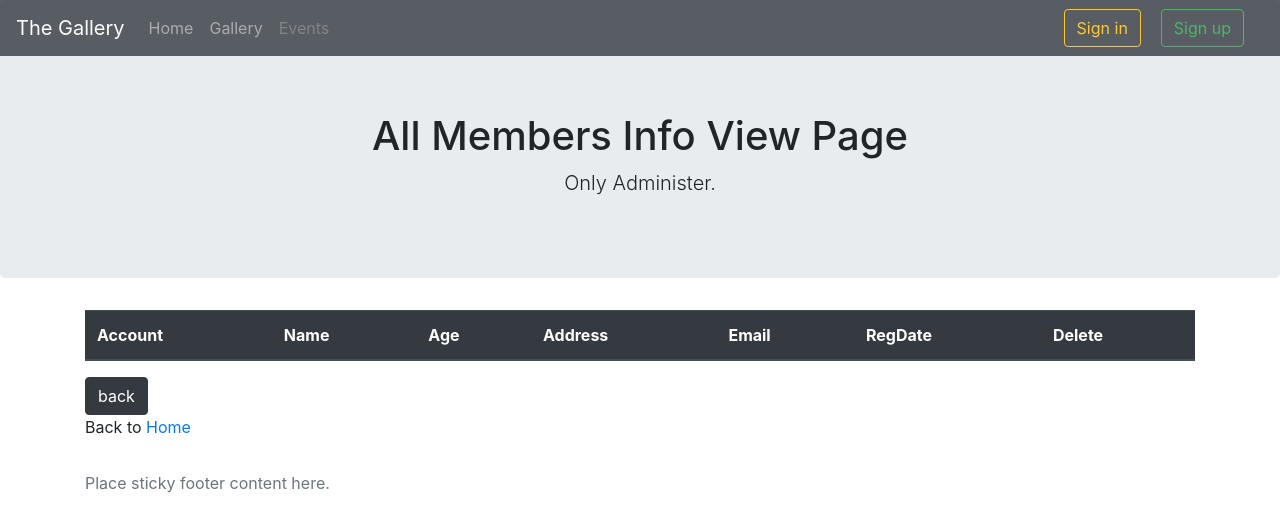
Repository: caramelsyrup/SpringProject1
Page: http://localhost/gallery/WEB-INF/views/member/allmember.jsp
An editor plug-in stored every save of this project. The page is shown before and after the next save, followed by the edit.
The browser window is 1280 px wide. The pictures show the whole page.
The page is served by Tomcat 9. Nobody is signed in. Other server files are loaded and not shown. The template is opened directly, without the code that normally fills it, so the values that code supplies are empty.

Above is the page before, as saved 2020-11-22 14:55:30.

### gallery/src/main/webapp/WEB-INF/views/member/allmember.jsp
<%@ page language="java" contentType="text/html; charset=UTF-8" pageEncoding="UTF-8"%>
<%@ include file="/resources/includes/header.jsp" %>
<!DOCTYPE html>
<html>
<head>
<meta charset="UTF-8">
<title>memberInfo</title>
</head>
<body>
<!-- Begin page content -->
<main role="main" class="flex-shrink-0">
<section class="jumbotron text-center" style="background-color: #">
     <div class="container">
     	 <h1 class="mt-5">All Members Info View Page</h1>
     	 <p class="lead">Only Administer.</p>
	 </div>
</section>
  <div class="container" >
		<table class="table">
		  <thead class="thead-dark">
		    <tr>
		      <th scope="col">Account</th>
		      <th scope="col">Name</th>
		      <th scope="col">Age</th>
		      <th scope="col">Address</th>
		      <th scope="col">Email</th>
		      <th scope="col">RegDate</th>
		      <th scope="col">Delete</th>
		    </tr>
		  </thead>
		  <tbody>
		  	<c:forEach items="${alist}" var="a">
			    <tr>
			      <th scope="row">${a.username}</th>
			      <td>${a.membername}</td>
			      <td>${a.age}</td>
			      <td>${a.address}</td>
			      <td>${a.email}</td>
			      <td>${a.regdate}</td>
			      <td><a href="javascript:delmember(${a.username})"><span class="badge-pill badge-warning">Delete</span></a></td>
			    </tr>
		    </c:forEach>
		  </tbody>
		</table>
	<input class="btn btn-dark" type="button" value="back" onclick="history.back()">
   <p>Back to <a href="/">Home</a></p>
  </div>

</main>
<script src="/resources/js/member.js"></script>
<footer class="footer mt-auto py-3">
  <div class="container">
    <span class="text-muted">Place sticky footer content here.</span>
  </div>
</footer>
</body>
</html>

### gallery/src/main/webapp/resources/includes/header.jsp
<%@ taglib prefix="c" uri="http://java.sun.com/jsp/jstl/core" %>
<!DOCTYPE html>
<html>
<head>
<meta charset="UTF-8">
    <meta charset="utf-8">
    <meta name="viewport" content="width=device-width, initial-scale=1, shrink-to-fit=no">
    <meta name="description" content="">
    <meta name="author" content="Mark Otto, Jacob Thornton, and Bootstrap contributors">
    <meta name="generator" content="Jekyll v4.1.1">
<script src="https://code.jquery.com/jquery-3.5.1.js" integrity="sha256-QWo7LDvxbWT2tbbQ97B53yJnYU3WhH/C8ycbRAkjPDc=" crossorigin="anonymous"></script>
<!-- Latest compiled and minified CSS -->
<link rel="stylesheet" href="https://stackpath.bootstrapcdn.com/bootstrap/4.5.2/css/bootstrap.min.css">
<!-- Latest compiled JavaScript -->
<script src="https://stackpath.bootstrapcdn.com/bootstrap/4.5.2/js/bootstrap.min.js"></script>
</head>
<!-- 최상단 -->
<body class="d-flex flex-column h-100">
    <header>
  <!-- Fixed navbar -->
  <nav class="navbar navbar-expand-md navbar-dark fixed-top bg-dark" style="opacity: 0.8;">
    <a class="navbar-brand" href="/">The Gallery</a>
    <button class="navbar-toggler" type="button" data-toggle="collapse" data-target="#navbarCollapse" aria-controls="navbarCollapse" aria-expanded="false" aria-label="Toggle navigation">
      <span class="navbar-toggler-icon"></span>
    </button>
    <div class="collapse navbar-collapse" id="navbarCollapse">
      <ul class="navbar-nav mr-auto">
        <li class="nav-item">
          <a class="nav-link" href="/">Home <!-- <span class="sr-only">(current)</span> --> </a>
        </li>
        <li class="nav-item">
          <a class="nav-link" href="/gallery/list">Gallery</a>
        </li>
        <c:choose>
	        <c:when test="${member.auth==0||member.auth==1}">
	        	<li class="nav-item">
		          <a class="nav-link" href="/events/elist">Events</a>
		        </li>
	        </c:when>
			<c:otherwise>
				<li class="nav-item">
		          <a class="nav-link disabled" href="/events/elist"  aria-disabled="true">Events</a>
		        </li>
			</c:otherwise>
        </c:choose>

	    <c:if test="${member.auth==0}">
	     <li class="nav-item">
	      <a class="nav-link" href="/member/memberInfo/${member.username}">Info</a>
	     </li>
	    </c:if>
	    <c:if test="${member.auth==1}">
	     <li class="nav-item">
	      <a class="nav-link" href="/member/allmember">All Member</a>
	     </li>
	     <li class="nav-item">
	      <a class="nav-link" href="/member/memberInfo">All Reservation</a>
	     </li>
	    </c:if>

      </ul>
       <c:choose>
       	<c:when test="${empty member.username}">
       		<a class="btn btn-outline-warning my-2 my-sm-0" href="/member/createMember" style="margin-right: 20px">Sign in</a>
      		<a class="btn btn-outline-success my-2 my-sm-0" href="/customLogin" style="margin-right: 20px">Sign up</a>
      	</c:when>
      	<c:otherwise>
        	<a class="btn btn-outline-success my-2 my-sm-0" href="/customLogout">Logout</a>
        </c:otherwise>
       </c:choose>
    </div>
  </nav>
</header>

### gallery/src/main/webapp/resources/js/member.js
$(document).ready(function(){
	// 회원가입 화면, 중복체크 버튼
	$("#btnIDchk").click(function(){

		var userID = $("#username").val();

		if(userID==""){
			alert("아이디를 입력하세요.");
			$("#username").focus();
			return false;
		}

		$.ajax({
			type:"post",
			url:"/member/idcheck",
			data:{"userID":userID}
		})
		.done(function(resp){
			if(resp.trim()=="yes"){
				alert('사용가능!');
				$(opener.documnet).find("#username").val(userID);
			}else{
				alert('사용불가능!');
				$("#username").val("");
				$("#username").focus();
			}
		})
		.fail(function(error){
			alert("error : "+error);
		})
	});

	//회원가입, 주소 검색 버튼
	$("#btnAddr").on("click",function(){
		window.open("/member/address","","width=800 height=600");
	});
	// 주소창, 주소검색 버튼
	$("#btnAddressChk").click(function(){
		var addr = $("#dong").val();

		if(addr==""){
			alert("동을 입력하세요.");
			$("#dong").focus();
			return false;
		}
		//동검색시, 하단에 결과 값 출력
		$.ajax({
			type:"post",
			url:"/member/searchAddr",
			data:{"dong":addr}
		})
		.done(function(resp){
			var Hstr="";
			Hstr+="<tr><th scope='col'>우편번호</th>";
			Hstr+="<th scope='col'>시도</th>";
			Hstr+="<th scope='col'>구군</th>";
			Hstr+="<th scope='col'>동</th>";
			Hstr+="<th scope='col'>번지</th></tr>";
			$("#resultArea thead").html(Hstr);

			var rStr="";
			$.each(resp,function(key,val){
				rStr +="<tr><th th scope='row'>"+val.zipcode+"</th>";
				rStr +="<td>"+val.sido+"</td>";
				rStr +="<td>"+val.gugun+"</td>";
				rStr +="<td>"+val.dong+"</td>";
				rStr +="<td>"+val.bunji+"</td>";
				rStr +="</tr>";
			})
			$("#resultArea tbody").html(rStr);
		})
		.fail(function(e){
			alert(e);
		});
		// 영역 클릭시, 주소에 자동 입력
		$("#resultArea").on("click","tr",function(){
			var address = $("th:eq(0)",this).text()+" "+$("td:eq(1)",this).text()+" "+$("td:eq(2)",this).text()+" "+$("td:eq(3)",this).text()+" "+$("td:eq(4)",this).text();
			$(opener.document).find("#address").val(address);
			self.close();
		});
	});

	// 회원가입 화면, 회원가입버튼
	$("#btndoCreate").on("click",function(){
		if($("#username").val().trim()==""){
			alert('아이디를 입력하세요!');
			return false;
		}
		if($("#password").val().trim()==""){
			alert('비밀번호를 입력하세요!');
			return false;
		}
		if($("#membername").val().trim()==""){
			alert('이름을 입력하세요!');
			return false;
		}
		if($("#age").val().trim()==""){
			alert('나이를 입력하세요!');
			return false;
		}
		if($("#address").val().trim()==""){
			alert('주소를 입력하세요!');
			return false;
		}
		if($("#email").val().trim()==""){
			alert('이메일을 입력하세요!');
			return false;
		}
		$("#createForm").submit();
	});

	// 회원개인정보창, 회원정보 변경
	$("#btndoUpdate").click(function(){
		if($("#password").val().trim()==""){
			alert('비밀번호를 입력하세요!');
			return false;
		}
		if($("#membername").val().trim()==""){
			alert('이름을 입력하세요!');
			return false;
		}
		if($("#age").val().trim()==""){
			alert('나이를 입력하세요!');
			return false;
		}
		if($("#address").val().trim()==""){
			alert('주소를 입력하세요!');
			return false;
		}
		if($("#email").val().trim()==""){
			alert('이메일을 입력하세요!');
			return false;
		}

		if(confirm('Would you change the information?')){
			$("#updateForm").submit();
		}
	});

	// 회원 개인정보창, 회원삭제
	$("#btndoDelete").click(function(){
		if(confirm('Would you delete your account?')){
			var username = $("#username").val();
			//삭제가 참일때
			$.ajax({
				type:"DELETE",
				url:"/member/dodelete/"+username,
				contentType:"application/json;charset=utf-8"	// 서버에 보낼때 헤더 설정. json형태, utf-8인코딩
			})
			.done(function(resp){
				alert('Done deleting');
				location.href="/customLogout";
			})
			.fail(function(e){
				alert(e);
			});
		}	//if문 종결
	});

	// 관리자 회원 삭제




});

After the next save:
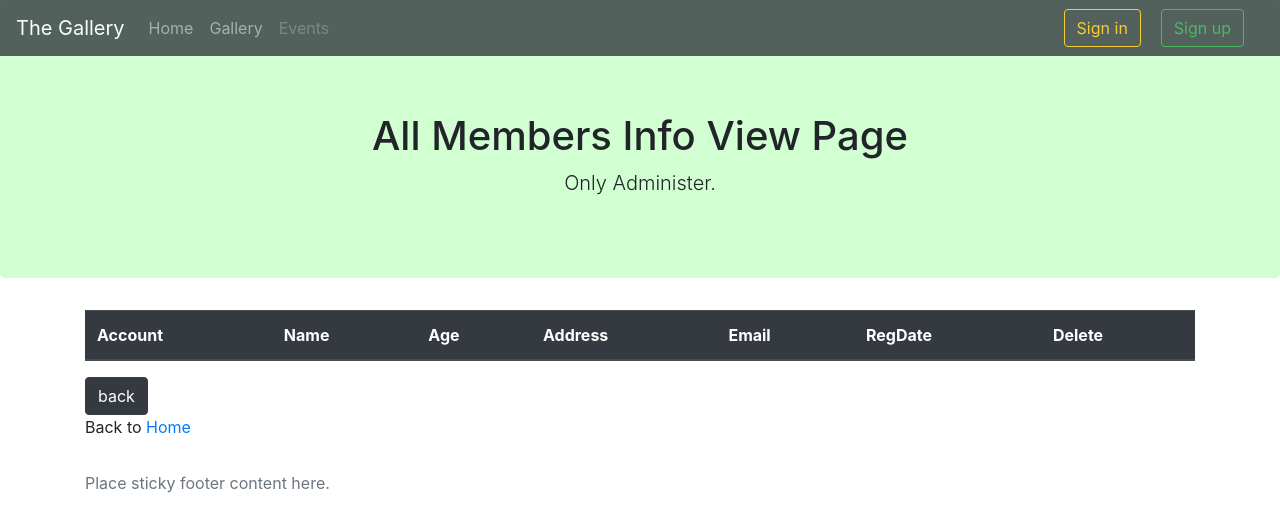
Saved 65 s later.
--- a/gallery/src/main/webapp/WEB-INF/views/member/allmember.jsp
+++ b/gallery/src/main/webapp/WEB-INF/views/member/allmember.jsp
@@ -9,7 +9,7 @@
 <body>
 <!-- Begin page content -->
 <main role="main" class="flex-shrink-0">
-<section class="jumbotron text-center" style="background-color: #">
+<section class="jumbotron text-center" style="background-color: #D2FFD2">
      <div class="container">
      	 <h1 class="mt-5">All Members Info View Page</h1>
      	 <p class="lead">Only Administer.</p>
